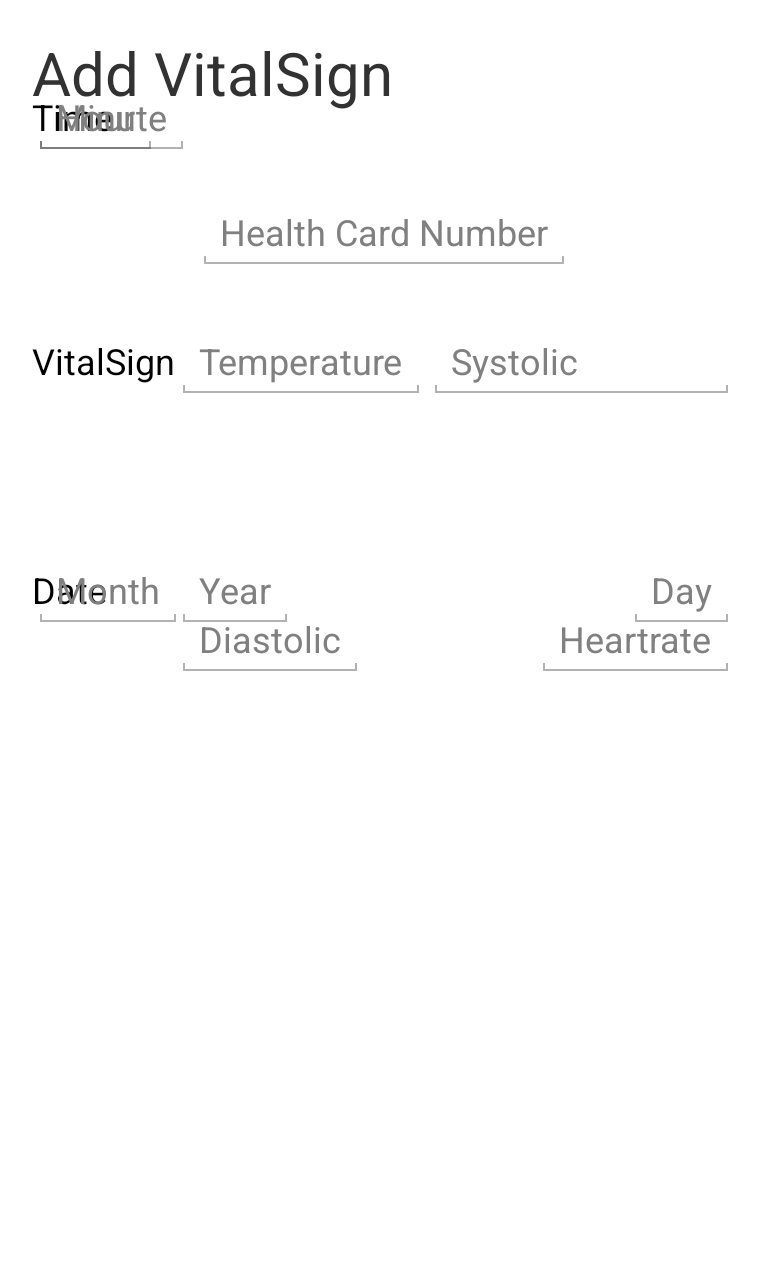
Repository: wangyuan0915/ER
Layout: workspace2/phase3/res/layout/activity_add_vital_sign.xml
The author's editor kept a copy of each file at every save. The layout is drawn from the files as they stood at one save, then again after the next save.
It is drawn on a 768 x 1280 px phone screen (xhdpi) without system bars, with theme AppTheme; the app's code is not run.

Above is the layout before, as saved 2013-11-24 06:33:06.

After the next save:
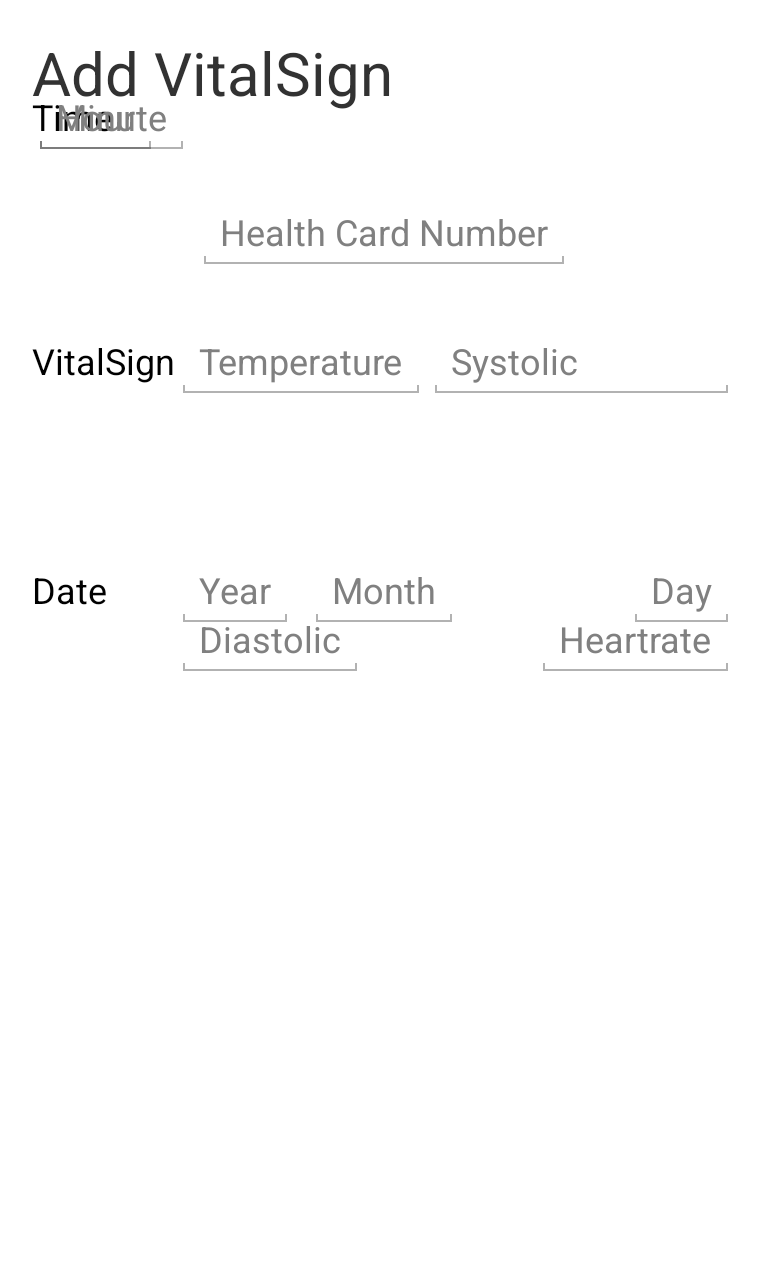
Saved 84 s later.
--- a/workspace2/phase3/res/layout/activity_add_vital_sign.xml
+++ b/workspace2/phase3/res/layout/activity_add_vital_sign.xml
@@ -110,6 +110,7 @@
         android:layout_height="wrap_content"
         android:layout_alignBaseline="@+id/currentdate"
         android:layout_alignBottom="@+id/currentdate"
+        android:layout_centerHorizontal="true"
         android:inputType="number"
         android:hint="@string/Month"
         android:textAppearance="?android:attr/textAppearanceMedium" />

After the save that followed:
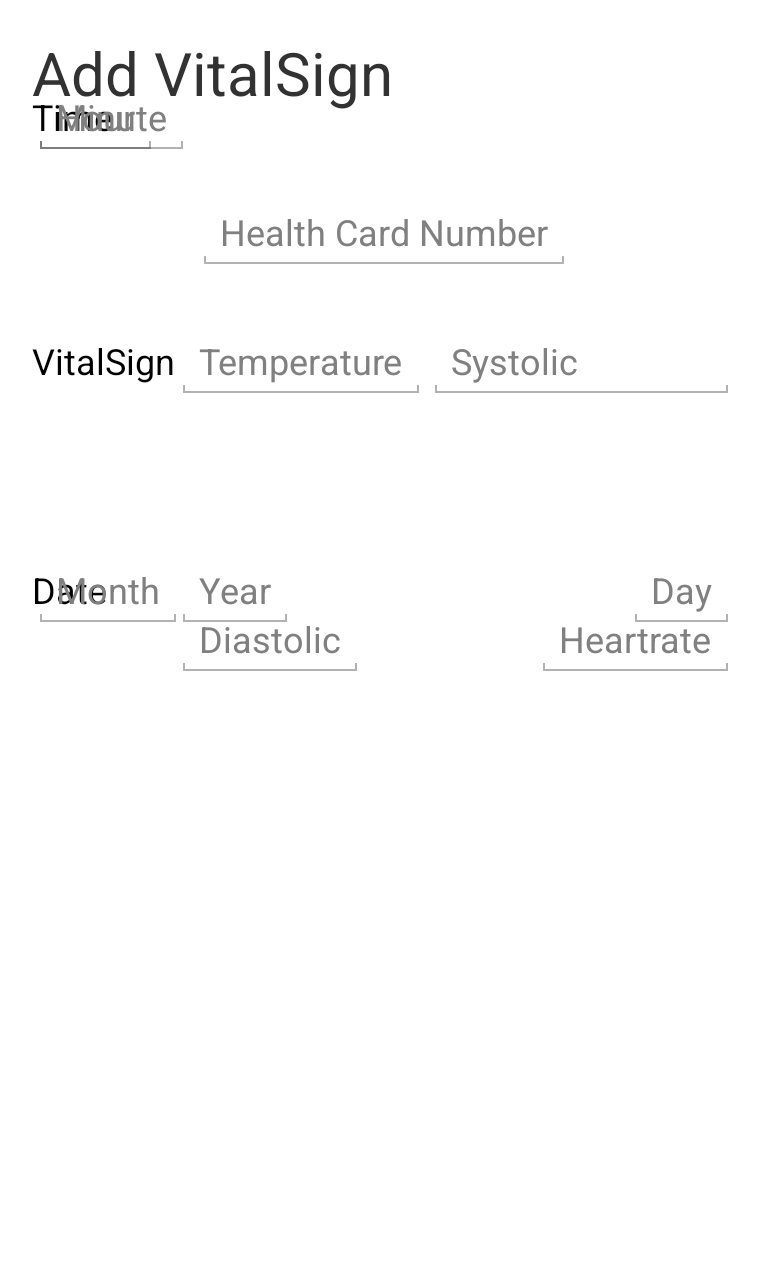
Saved 104 s later.
--- a/workspace2/phase3/res/layout/activity_add_vital_sign.xml
+++ b/workspace2/phase3/res/layout/activity_add_vital_sign.xml
@@ -105,12 +105,11 @@
         android:textAppearance="?android:attr/textAppearanceMedium" />
 
     <EditText
-        android:id="@+id/current_month"
+        android:id="@+id/currentmonth"
         android:layout_width="wrap_content"
         android:layout_height="wrap_content"
         android:layout_alignBaseline="@+id/currentdate"
         android:layout_alignBottom="@+id/currentdate"
-        android:layout_centerHorizontal="true"
         android:inputType="number"
         android:hint="@string/Month"
         android:textAppearance="?android:attr/textAppearanceMedium" />
